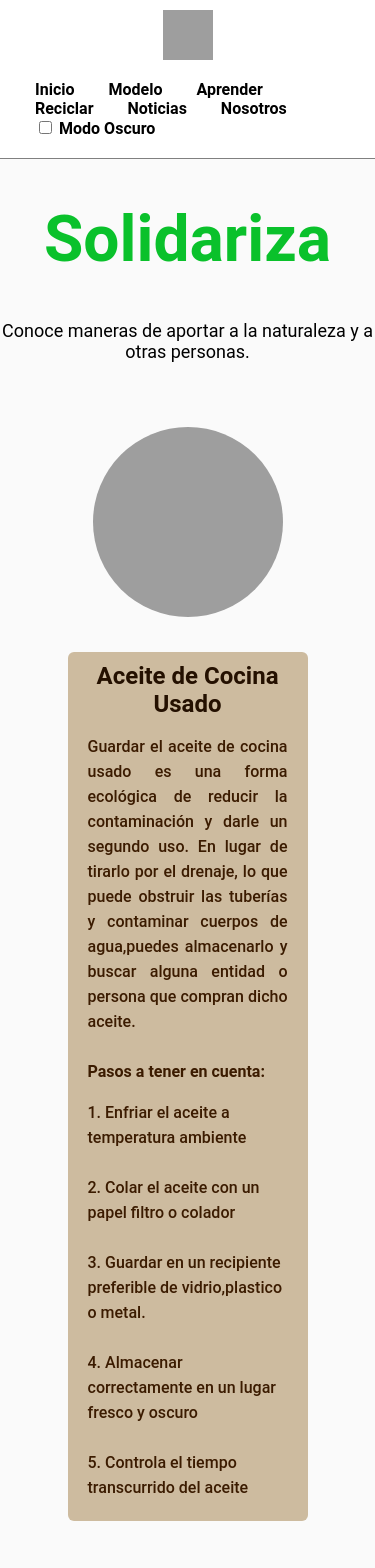
Repository: castecabas/Recicladora
Page: src/templates/recycle_pages/solidarity.html
An editor plug-in stored every save of this project. The page is shown before and after the next save, followed by the edit.
The browser window is 375 px wide. The pictures show the part of the page from y = 0 to 1568 px (the page is 3631 px tall before and 3751 px after).
Pictures or frames that could not be fetched are drawn as grey boxes. The page is served by the project's application, run on Flask 3 (src/index.py). Other server files are loaded and not shown. The template is opened directly, without the code that normally fills it, so the values that code supplies are empty.

Above is the page before, as saved 2024-12-11 15:18:40.
Console error: TypeError: Cannot read properties of null (reading 'addEventListener')

### src/templates/recycle_pages/solidarity.html
<!DOCTYPE html>
<html lang="en">

<head>
    <meta charset="UTF-8">
    <meta name="viewport" content="width=device-width, initial-scale=1.0">
    <title>Solidaridad</title>
    <link rel="stylesheet" href="{{ url_for('static', filename='css/solidarity.css') }}">
    <link rel="icon" href="https://i.postimg.cc/gk7MpWkm/logo.webp" />
</head>

<body>
    <div class="container">
        {% include 'components/header.html' %}
        <main class="main-div">
            <h1>Solidariza</h1>
            <span>Conoce maneras de aportar a la naturaleza y a otras personas.</span>
            <section>
                <article class="step_1">
                    <div class="contain-item">
                        <h2>Aceite de Cocina Usado</h2>
                        <p>
                            Guardar el aceite de cocina usado es una forma ecológica de reducir la contaminación y darle
                            un segundo uso. En lugar de tirarlo por el drenaje, lo que puede obstruir las tuberías y
                            contaminar cuerpos de agua,puedes almacenarlo y buscar alguna entidad o persona que compran
                            dicho aceite.
                            <br><br>
                            <b>Pasos a tener en cuenta:</b>
                        </p>
                        <p class="guide">
                            1. Enfriar el aceite a temperatura ambiente
                            <br><br>
                            2. Colar el aceite con un papel filtro o colador
                            <br><br>
                            3. Guardar en un recipiente preferible de vidrio,plastico o metal.
                            <br><br>
                            4. Almacenar correctamente en un lugar fresco y oscuro
                            <br><br>
                            5. Controla el tiempo transcurrido del aceite
                        </p>
                    </div>
                    <div class="contain-image">
                        <img src="https://i.postimg.cc/rm6MrTZC/S-oil.jpg">
                    </div>
                </article>
                <article class="step_2">
                    <div class="contain-item">
                        <h2>Abono/Compost</h2>
                        <p>El abono orgánico, o compost, es una manera de devolver a la tierra los nutrientes que
                            necesita. Al compostar, reducimos la cantidad de basura que generamos y obtenemos un
                            fertilizante natural para plantas y huertos. Es una forma económica y ecológica de mejorar
                            la salud del suelo y de nuestras plantas.
                        </p>
                        <p>
                            <b>Materiales necesarias</b>
                            <br>
                            Residuos orgánicos: Cáscaras de frutas y verduras, restos de café, cáscaras de huevo
                            trituradas, restos de hojas secas, y papel sin tinta.
                            <br>
                            Contenedor de compostaje: Puede ser un balde, caja de madera o plástico, o un espacio al
                            aire libre.
                            <br>
                            Tierra o aserrín: Ayuda a acelerar el proceso y controlar olores.
                            <br>
                            Pala o herramienta de jardinería: Para remover la mezcla.
                            <br>
                            Rociador de agua: Para mantener la humedad adecuada.
                        </p>
                        <p class="guide">
                            <b>Paso a Paso:</b>
                            <br>
                            1. Preparar el contenedor para acumular los residuos que entre el aire, si es cerrado.
                            <br><br>
                            2. Añadir 1 cantidad los residuos verdes(frutas/verduras/cascaras) y 2 cantidades marrones (hojas,ramas) proporcionalmente.
                            <br><br>
                            3. Mantener la humedad de la mezcla pero no empapado.
                            <br><br>
                            4. Revolver regularmente,usa alguna herramienta , cada 1-2 semanas.
                            <br><br>
                            5. Espera unas 6-8 semanas ,convirtiendose en un material oscuro y suelto, olor a tierra.Si es asi,Significa que está listo para usar.
                        </p>
                    </div>
                    <div class="contain-image">
                        <img
                            src="https://i.postimg.cc/SKyYc9ZV/S-compost.webp">
                    </div>
                </article>
            </section>
        </main>
        {% include 'components/footer.html' %}
    </div>

    <script src="{{ url_for('static', filename='js/search_dp.js') }}"></script>
</body>

</html>

### src/templates/components/header.html
<header>
    <style>
        body {
            transition: all 0.3s ease-in;
        }

        header {
            z-index: 9000;
            display: flex;
            justify-content: space-around;
            min-height: min-content;
            align-items: center;
            padding: 10px;
            background-color: white;
            border-bottom: 1px solid gray;
        }

        .logo {
            max-height: 50px;
            aspect-ratio: 1/1;
        }

        .nav-link {
            text-decoration: none;
            color: black;
            font-weight: bold;
            margin: 15px 15px;
            font-family: 'Roboto', sans-serif;
            text-wrap: nowrap;
        }

        .navbar a:hover {
            color: #00DD00;
        }

        .navbar label:hover {
            color: #00DD00;
        }

        @media(max-width:800px) {
            header {
                flex-direction: column;
            }

            .navbar {
                justify-content: center;
                padding: 20px 10px 10px 10px;
            }

        }

        /* MODO OSCURO */

        body.dark-mode header {
            background-color: #000016;
            border-bottom: 1px solid #686868;
            transition: all 0.3s ease-in;
        }

        body.dark-mode header .navbar a,
        body.dark-mode header .navbar label {
            color: white;
        }

        body.dark-mode .navbar a:hover {
            color: #00DD00;
        }
    </style>

    <img alt="Logo de reciclaje" src="https://i.postimg.cc/gk7MpWkm/logo.webp" class="logo" />
    <div class="navbar">
        <a href="{{ url_for('index') }}" class="nav-link">
            Inicio
        </a>

        <a href="{{ url_for('model') }}" class="nav-link">
            Modelo
        </a>

        <a href="{{ url_for('learn')}}" class="nav-link">
            Aprender
        </a>

        <a href="{{ url_for('recycle')}}" class="nav-link">
            Reciclar
        </a>

        <a href="{{ url_for('news')}}" class="nav-link">
            Noticias
        </a>

        <a href="{{ url_for('about')}}" class="nav-link">
            Nosotros
        </a>

        <label class="nav-link" for="darkModeToggle"><input type="checkbox" class="btn_darkmode" id="darkModeToggle">
            Modo Oscuro</label>

    </div>

    <script src="{{ url_for('static', filename='js/dark_mode.js') }}"></script>
</header>

### src/templates/components/footer.html
<footer class="footer">
    <style>
        .footer {
            width: 100%;
            background-color: white;
            text-align: center;
            padding: 15px;
            box-sizing: border-box;
            position: relative;
            bottom: 0;
            font-family: 'Roboto', sans-serif;
            border-top: 1px solid gray;
            margin-top: auto;
        }

        .footer ul {
            list-style: none;
            padding: 0;
            margin: 0;
            display: flex;
            flex-direction: column;
            align-items: center;
        }

        .footer ul li {
            text-decoration: none;
            margin: 5px 0;
        }

        @media (min-width: 600px) {
            .footer ul {
                flex-direction: row;
                justify-content: center;
            }

            .footer ul li {
                margin: 0 15px;
            }
        }

        /* MODO OSCURO */
        body.dark-mode footer{
            background-color: #000016;
            border-top: 1px solid #686868;
            transition: all 0.3s ease-in;
        }

        body.dark-mode footer li{
            color: white;
        }
    </style>

    <ul>
        <li>© Copyright</li>
        <li>Proyecto de Grado Tecnológico</li>
        <li>Version 1.0</li>
    </ul>

</footer>

### src/index.py
from flask import Flask, render_template, Response, request, jsonify
from yolo_model import YOLOModel
from camera import Camera
import cv2
import numpy as np
import base64

app = Flask(__name__)

yolo_model = YOLOModel('src/model/best.pt')
camera = Camera()

# RUTAS
@app.route('/')
@app.route('/home')
@app.route('/index')
def index():
    return render_template('index.html')

@app.route('/about')
def about():
    return render_template('about.html')

@app.route('/learn')
def learn():
    return render_template('learn.html')

@app.route('/model')
def model():
    return render_template('model.html')

@app.route('/news')
def news():
    return render_template('news.html')

@app.route('/recycle')
def recycle():
    return render_template('recycle.html')

# FUNCIONES

    #NOTE: obtener las camaras
@app.route('/get_cameras')
def get_cameras():
    return jsonify(camera.get_camera_list())

    #NOTE: cambiar camara
@app.route('/switch_camera/<int:camera_id>')
def switch_camera(camera_id):
    camera.select_camera(camera_id)
    return "OK"

    #NOTE: detectar dicha imagen
@app.route('/detect', methods=['POST'])
def detect():
    try:
        if 'file' not in request.files:
            return jsonify({'error': 'No file part'}), 400

        file = request.files['file']
        confidence = float(request.form.get('confidence', 0.25))

        # Lee la imagen del archivo
        npimg = np.fromfile(file, np.uint8)
        img = cv2.imdecode(npimg, cv2.IMREAD_COLOR)

        # Detecta objetos usando el modelo YOLO
        results = yolo_model.detect(img, conf_threshold=confidence)
        if results is None:
            return jsonify({'error': 'No detections returned from model'}), 500

        # Dibuja los cuadros de detección en la imagen
        processed_img = yolo_model.draw_boxes(img, results)

        # Codifica la imagen procesada en base64 para enviar al cliente
        _, buffer = cv2.imencode('.jpg', processed_img)
        img_base64 = base64.b64encode(buffer).decode('utf-8')

        return jsonify({
            'image': f'data:[embedded picture, 35 characters]',
            'detections': results
        })
    except Exception as e:
        print(f"Error during detection: {e}")
        return jsonify({'error': str(e)}), 500

# EJECUCION
if __name__ == '__main__':
    app.run(debug=True)

### src/static/css/solidarity.css
* {
    font-family: 'Roboto', sans-serif;
    box-sizing: border-box;
}

body {
    margin: 0;
    width: 100%;
    background-color: #fafafa;
    display: flex;
    flex-direction: column;
    min-height: 100vh;
}



.container {
    display: flex;
    flex-direction: column;
    min-height: 100vh;
}

.main-div {
    display: flex;
    align-items: center;
    padding: 20px;
    text-align: center;
    flex-direction: column;
    flex: 1;
    width: 100vw;
    padding: 0;
}

.main-div h1 {
    color: #0AC12B;
    font-size: 400%;
}

.main-div span {
    font-size: large;
}

.main-div section {
    max-width: 80vw;
    padding-top: 20px;
}

.main-div section article {
    margin: 30px;
    margin-bottom: 60px;
}

.main-div section article.step_1 {
    display: flex;
    flex-direction: row;
}

.main-div section article.step_2 {
    display: flex;
    flex-direction: row-reverse;
}

@media(max-width:1370px) {

    .main-div section article.step_1,
    .main-div section article.step_2 {
        flex-direction: column-reverse;
    }

    .main-div div.contain-image{
        height: 500px;
    }

}

@media(max-width:640px) {

    .main-div section article.step_1,
    .main-div section article.step_2 {
        flex-direction: column-reverse;
    }

    .main-div div.contain-image img {
        max-width: 300px;

    }
}

@media(max-width:500px) {

    .main-div section article.step_1,
    .main-div section article.step_2 {
        flex-direction: column-reverse;
    }

    .main-div div.contain-image{
        height: min-content;
    }

    .main-div div.contain-image img {
        max-width: 210px;

    }
}

.main-div section article div.contain-item {
    background-color: #CDBB9F;
}



.main-div section article div.contain-item h2 {
    margin: 5px;
    color: #241000;
}


.main-div section article div p {
    overflow-wrap: break-word;
    color: #3b1b00;
    font-weight:500;
    text-align: justify;
    line-height: 25px;
}

.main-div section article div.contain-item p.guide{
    font-weight: 500;
    color: #3b1b00;
    text-align: start;
}

.main-div section article div {
    padding: 5px 20px 5px 20px;
    border-radius: 6px;
    align-content: center;
    z-index: 1;
}

.main-div section article div.contain-image {
    align-content: center;
    justify-items: center;
    align-items: center;
    padding: 0;
    aspect-ratio: 1/1;
    position: relative;

}

.main-div section article div.contain-image img {
    border-radius: 50%;
    width: 450px;
    aspect-ratio: 1/1;
    padding: 10px;
    margin-bottom: 15px;
    z-index: 2;
    background-size: cover;
    background-repeat: no-repeat;
    object-fit: cover;
}


/* MODO OSCURO */

body.dark-mode {
    background-color: #000014;
    color: #ffffff;
}

### src/static/js/dark_mode.js
document.addEventListener("DOMContentLoaded", () => {
    const toggle = document.getElementById("darkModeToggle");
    const darkModeEnabled = localStorage.getItem("darkMode") === "enabled";

    if (darkModeEnabled) {
        document.body.classList.add("dark-mode");
        toggle.checked = true;
    }

    toggle.addEventListener("change", () => {
        if (toggle.checked) {
            document.body.classList.add("dark-mode");
            localStorage.setItem("darkMode", "enabled");
        } else {
            document.body.classList.remove("dark-mode");
            localStorage.setItem("darkMode", "disabled");
        }
    });
});

### src/static/js/search_dp.js

    document.addEventListener("DOMContentLoaded", function() {
        const departmentSelect = document.querySelector("select[title='deparments']");
        const departmentArticles = document.querySelectorAll(".direction article");

        departmentSelect.addEventListener("change", function() {
            const selectedValue = departmentSelect.value;

            departmentArticles.forEach(article => {
                article.style.display = "none";
            });

            const selectedArticle = document.querySelector(`.direction .${selectedValue}`);
            if (selectedArticle) {
                selectedArticle.style.display = "block";
            }
        });
    });

After the next save:
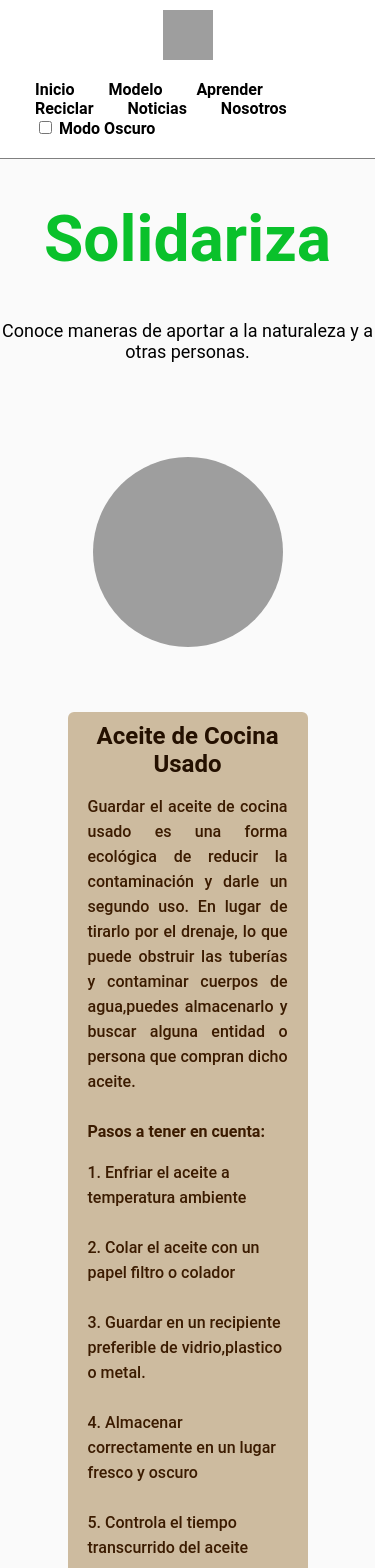
Saved 17 s later.
--- a/src/static/css/solidarity.css
+++ b/src/static/css/solidarity.css
@@ -94,7 +94,7 @@ body {
     }
 
     .main-div div.contain-image{
-        height: min-content;
+        height: 300px;
     }
 
     .main-div div.contain-image img {
